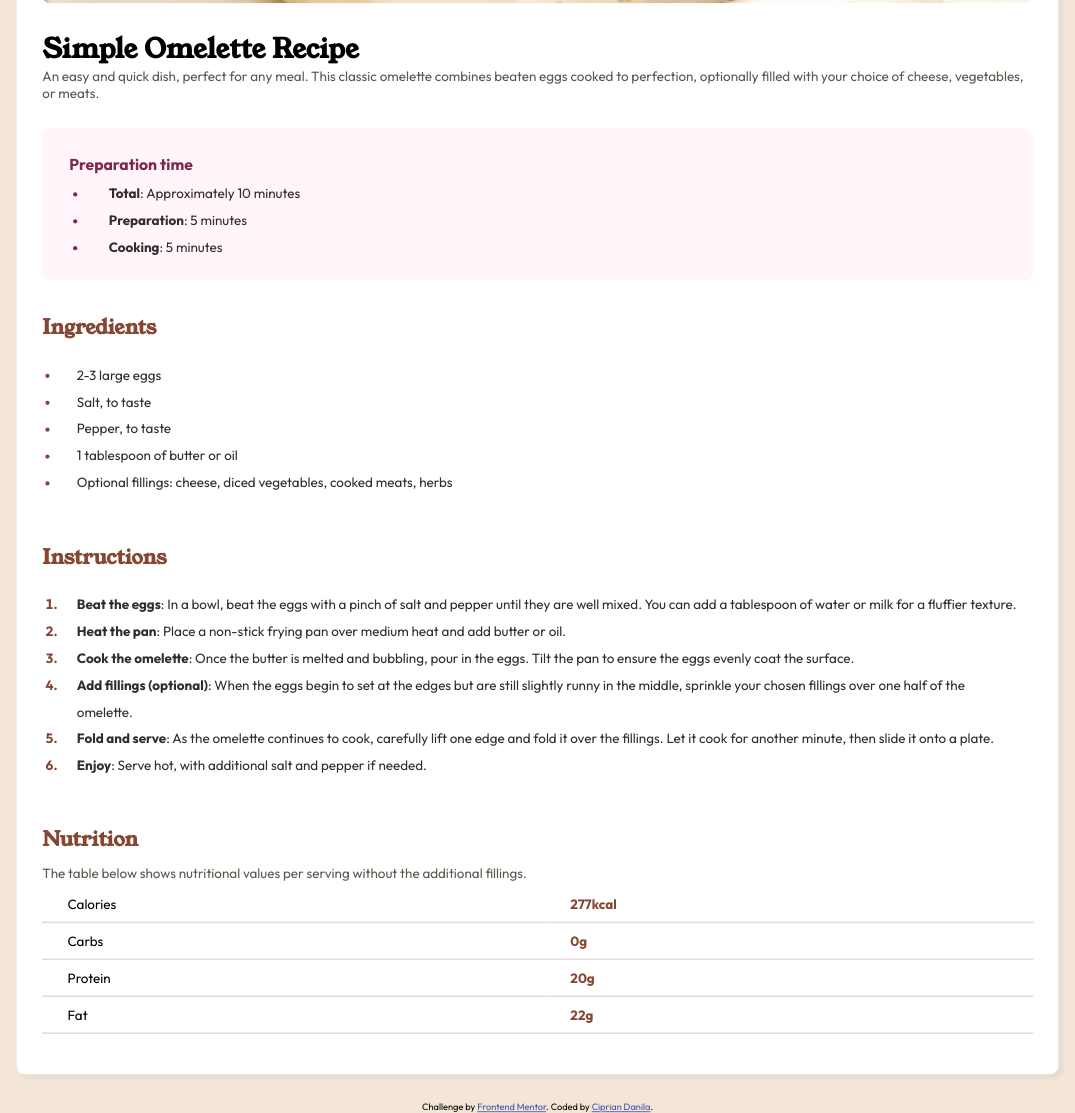
Repository: cipdanila/recipe-page
Page: index.html
The author's editor kept a copy of each file at every save. The page is drawn from the files as they stood at one save, then again after the next save.
The browser window is 1280 px wide. The pictures show the whole page, at 84% of full size.

Above is the page before, as saved 2024-01-21 20:45:12.

### index.html
<!DOCTYPE html>
<html lang="en">
    <head>
        <meta charset="UTF-8" />
        <meta name="viewport" content="width=device-width, initial-scale=1.0" />
        <!-- displays site properly based on user's device -->

        <link rel="icon" type="image/png" sizes="32x32" href="./assets/images/favicon-32x32.png" />
        <link rel="stylesheet" href="styles.css" />

        <title>Frontend Mentor | Recipe page</title>
    </head>
    <body>
        <main>
            <div class="container">
                <img src="./assets/images//image-omelette.jpeg" alt="image-omlette" />
                <div class="intro-section">
                    <h1>Simple Omelette Recipe</h1>
                    <p>
                        An easy and quick dish, perfect for any meal. This classic omelette combines beaten eggs cooked to
                        perfection, optionally filled with your choice of cheese, vegetables, or meats.
                    </p>
                </div>
                <div class="prep-container">
                    <h3>Preparation time</h3>
                    <ul>
                        <li><span>Total</span>: Approximately 10 minutes</li>
                        <li><span>Preparation</span>: 5 minutes</li>
                        <li><span>Cooking</span>: 5 minutes</li>
                    </ul>
                </div>
                <div class="ingredients-container">
                    <h2>Ingredients</h2>
                    <ul>
                        <li>2-3 large eggs</li>
                        <li>Salt, to taste</li>
                        <li>Pepper, to taste</li>
                        <li>1 tablespoon of butter or oil</li>
                        <li>Optional fillings: cheese, diced vegetables, cooked meats, herbs</li>
                    </ul>
                </div>
                <hr />
                <div class="instructions-container">
                    <h2>Instructions</h2>
                    <ol>
                        <li>
                            <strong>Beat the eggs</strong>: In a bowl, beat the eggs with a pinch of salt and pepper until they
                            are well mixed. You can add a tablespoon of water or milk for a fluffier texture.
                        </li>
                        <li>
                            <strong>Heat the pan</strong>: Place a non-stick frying pan over medium heat and add butter or oil.
                        </li>
                        <li>
                            <strong>Cook the omelette</strong>: Once the butter is melted and bubbling, pour in the eggs. Tilt the
                            pan to ensure the eggs evenly coat the surface.
                        </li>
                        <li>
                            <strong>Add fillings (optional)</strong>: When the eggs begin to set at the edges but are still
                            slightly runny in the middle, sprinkle your chosen fillings over one half of the omelette.
                        </li>
                        <li>
                            <strong>Fold and serve</strong>: As the omelette continues to cook, carefully lift one edge and fold
                            it over the fillings. Let it cook for another minute, then slide it onto a plate.
                        </li>
                        <li><strong>Enjoy</strong>: Serve hot, with additional salt and pepper if needed.</li>
                    </ol>
                </div>
                <div class="instructions-container">
                    <h2>Nutrition</h2>
                    <p>The table below shows nutritional values per serving without the additional fillings.</p>
                    <table>
                      <tr>
                        <td>Calories</td>
                        <td>277kcal</td>
                      </tr>
                      <tr>
                        <td>Carbs</td>
                        <td>0g</td>
                      </tr>
                      <tr>
                        <td>Protein</td>
                        <td>20g</td>
                      </tr>
                      <tr class="last">
                        <td>Fat</td>
                        <td>22g</td>
                      </tr>
                    </table>
                </div>
                <hr />
            </div>
        </main>
        <footer>
            <div class="attribution">
                Challenge by
                <a href="https://www.frontendmentor.io?ref=challenge" target="_blank" rel="noopener">Frontend Mentor</a>. Coded by
                <a href="https://github.com/cipdanila" target="_blank" rel="noopener noreferrer">Ciprian Danila</a>.
            </div>
        </footer>
    </body>
</html>

### styles.css
@import url("https://fonts.googleapis.com/css2?family=Outfit:wght@400;600;700&family=Young+Serif&display=swap");

* {
    margin: 0;
    padding: 0;
    box-sizing: border-box;
}

:root {
    /* Primary Colors */
    --nutmeg: hsl(14, 45%, 36%);            /* h2 */
    --dark-raspberry: hsl(332, 51%, 32%);   /* h3 */
    /* Neutral Colors */
    --white: hsl(0, 0%, 100%);              /* main container */
    --rose-white: hsl(330, 100%, 98%);      /* second container */
    --eggshell: hsl(30, 54%, 90%);          /* body */
    --light-grey: hsl(30, 18%, 87%);        /* shadow */
    --wenge-brown: hsl(30, 10%, 34%);       /* regular font */
    --dark-charcoal: hsl(24, 5%, 18%);      /* bold font */
    /* Fonts */
    --font-heads: 'Young Serif', sans-serif;
    --font-body: 'Outfit', sans-serif;
}

body {
    font-family: var(--font-body);
    font-size: 16px;
    background-color: var(--eggshell);
    display: flex;
    flex-direction: column;
    align-items: center;
    justify-content: center;
    height: calc(100vh - 1px);
    margin: 1.25rem;
}

img {
    max-width: 100%;
}

h1, h2 {
    font-family: var(--font-heads);
}

h2 {
    color: var(--nutmeg);
}

h3 {
    font-family: var(--font-body);
    color: var(--dark-raspberry);
}

p {
    color: var(--wenge-brown);
}

.container {
    background-color: var(--white);
    padding: 1.90rem;
    border-radius: 0.625rem;
    box-shadow: 5px 5px 5px rgba(0, 0, 0, 0.05);
    display: flex;
    flex-direction: column;
    align-items: center;
    margin-bottom: 2rem;
}

.container img {
    border-radius: 0.625rem;
    margin-bottom: 1rem;
}

.intro-section {
    display: flex;
    flex-direction: column;
    align-items: flex-start;
    width: 100%;
    margin: 1rem;
}

.prep-container {
    width: 100%;
    display: flex;
    flex-direction: column;
    align-items: flex-start;
    background-color: var(--rose-white);
    border-radius: 0.625rem;
    margin: 1rem auto 1rem;
    padding: 1.5rem 2rem;
    line-height: 2;
}

.prep-container ul {
    list-style-position: inside;
    padding-left: 5px;
}

.prep-container ul li::marker {
    color: var(--dark-raspberry);
}

.prep-container ul li {
    color: var(--dark-charcoal);
}

.prep-container ul li span {
    font-weight: 700;
    color: var(--dark-charcoal);
    margin-left: 1.25rem;
}

.ingredients-container {
    width: 100%;
    display: flex;
    flex-direction: column;
    align-items: flex-start;
    border-radius: 0.625rem;
    margin: 1rem auto 1rem;
    line-height: 2;
}

.ingredients-container ul {
    padding-left: 5px;
    margin: 1rem;
}

.ingredients-container ul li::marker {
    color: var(--nutmeg);
}

.ingredients-container ul li {
    color: var(--dark-charcoal);
    padding-left: 20px;
}

.ingredients-container ul li span {
    font-weight: 700;
    color: var(--dark-charcoal);
    margin-left: 1.5rem;
}

.instructions-container {
    width: 100%;
    display: flex;
    flex-direction: column;
    align-items: flex-start;
    border-radius: 0.625rem;
    margin: 1rem auto 1rem;
    line-height: 2;
}

.instructions-container ol {
    padding-left: 5px;
    margin: 1rem;
}

.instructions-container ol li::marker {
    color: var(--nutmeg);
    font-weight: bold;
}

.instructions-container ol li {
    color: var(--dark-charcoal);
    padding-left: 20px;
}

.instructions-container ol li span {
    font-weight: 700;
    color: var(--dark-charcoal);
    margin-left: 1.5rem;
}

table {
    border-collapse: collapse;
    width: 100%;
}

td {
    padding: 5px 5px 5px 30px;
    text-align: left;
    border-bottom: 2px solid var(--light-grey);
}

table td:nth-child(2) {
    color: var(--nutmeg);
    font-weight: 700;
}

.container hr {
    align-self: center;
    height: 1px;
    background: var(--light-grey);
    border: medium;
}

.attribution {
    font-size: 11px;
    text-align: center;
}

.attribution a {
    color: hsl(228, 45%, 44%);
}

@media (min-width: 375px) {
/**/
}

After the next save:
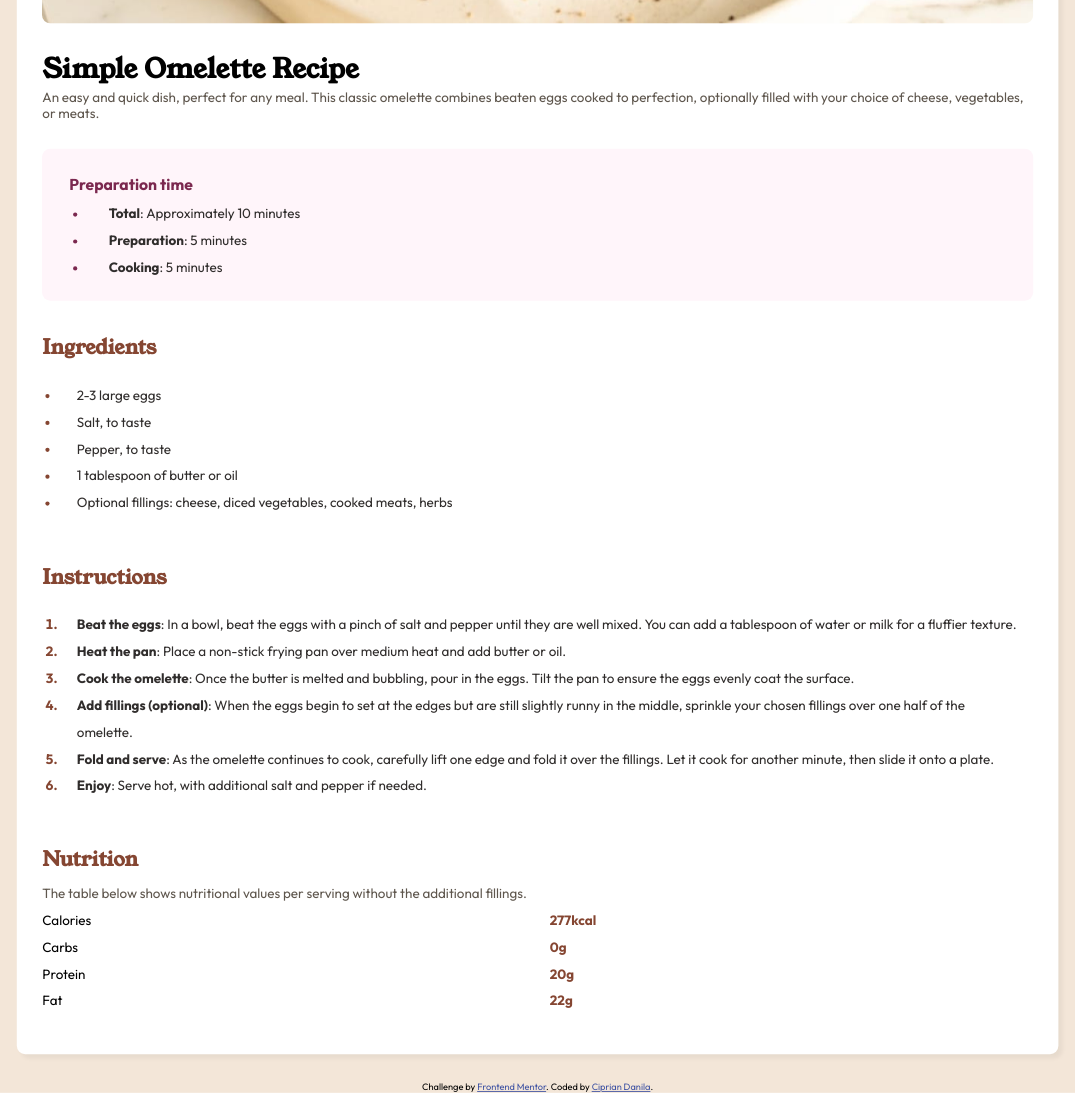
Saved 9 s later.
--- a/styles.css
+++ b/styles.css
@@ -176,7 +176,7 @@
     width: 100%;
 }
 
-td {
+td:not() {
     padding: 5px 5px 5px 30px;
     text-align: left;
     border-bottom: 2px solid var(--light-grey);

After the save that followed:
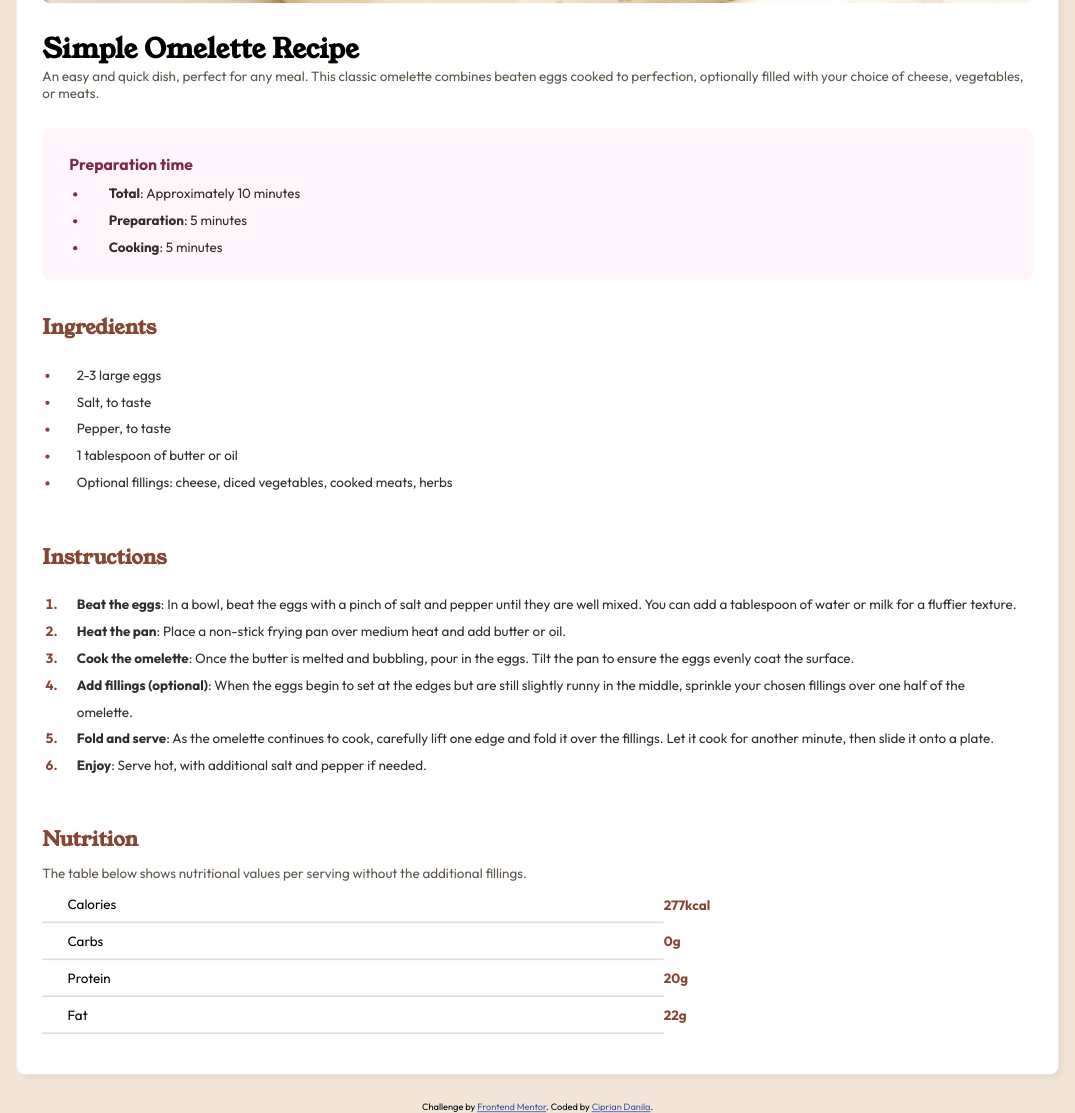
Saved 33 s later.
--- a/styles.css
+++ b/styles.css
@@ -176,7 +176,7 @@
     width: 100%;
 }
 
-td:not() {
+td:not(:last-child) {
     padding: 5px 5px 5px 30px;
     text-align: left;
     border-bottom: 2px solid var(--light-grey);
